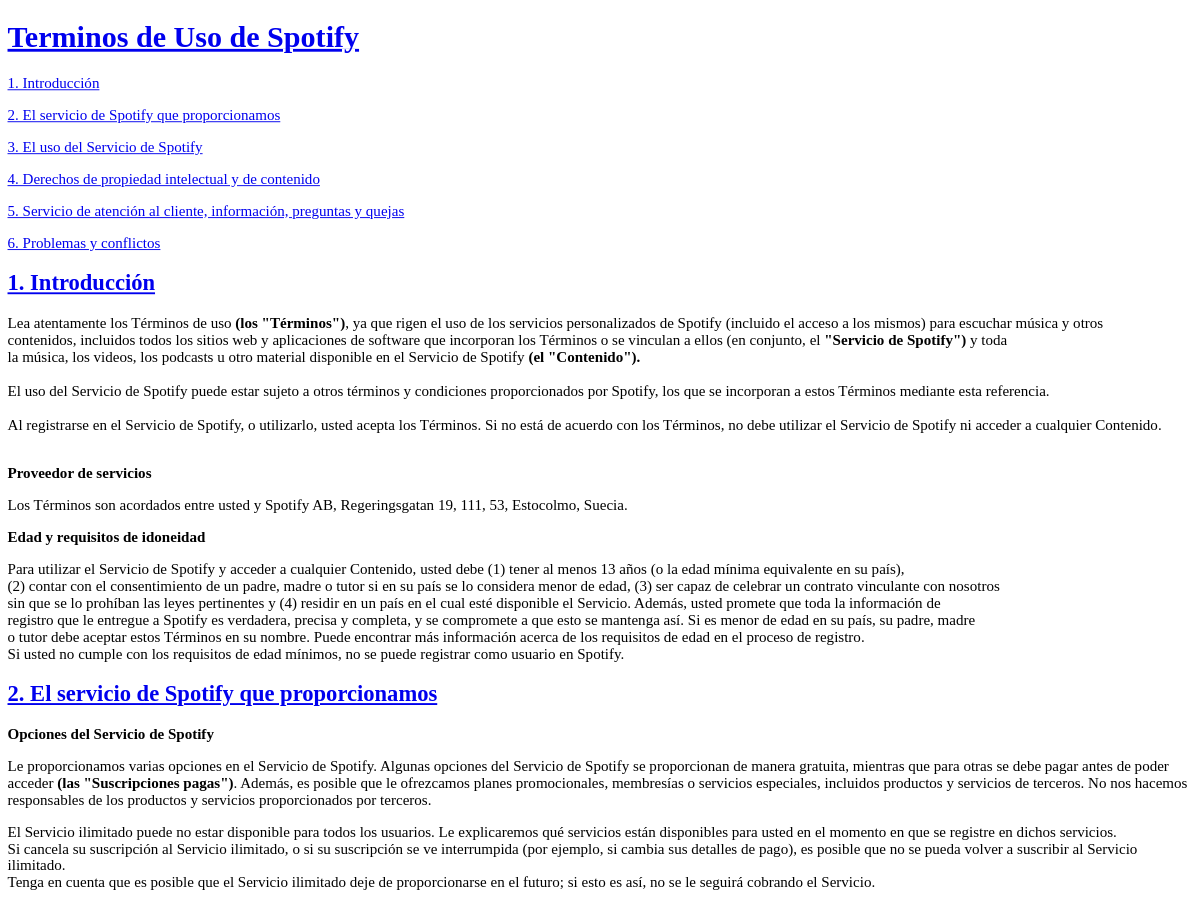
Repository: Devbenitez/Gen_30
Page: Gen_30/maquetado/index.html
An editor plug-in stored every save of this project. The page is shown before and after the next save, followed by the edit.
The browser window is 1280 px wide. The pictures show the whole page, at 94% of full size.

Above is the page before, as saved 2023-10-31 05:33:07.

### Gen_30/maquetado/index.html
<!DOCTYPE html>
<!-- especificamos el lenguage con el que trabaja nuestra pagina -->
<html lang="es">
  <head>
    <meta charset="UTF-8" />
    <meta name="description" content="Primera pagina del modulo de Maquetado" />
    <meta name="author" content="Daniel Benitez" />
    <title>Maquetado - clase 1</title>
  </head>
  <body>
    <!-- etiquetas contededores -->
    <!-- <div>asdasdasd</div>
    <section>dasdasdasd</section>
    <article>asdasd</article>
    <main>
-->
    <main>
      <!--  etiquetas de texto -->
      <h1>
        <a id= "Terminos de Uso de Spotify" href="#Terminos de Uso de Spotify"> Terminos de Uso de Spotify</a>
    </h1>

      <p>
        <a href="#1. Introducción">1. Introducción</a>
        </p>
      <p>
        <a href="#2. El servicio de Spotify que proporcionamos">2. El servicio de Spotify que proporcionamos</a>
        </p>
      <p>
        <a href="#3. El uso del Servicio de Spotify">3. El uso del Servicio de Spotify</a>
        </p>
      <p>
        <a href="#4. Derechos de propiedad intelectual y de contenido">4. Derechos de propiedad intelectual y de contenido</a>
        </p>
      <p>
        <a href="#5. Servicio de atención al cliente, información, preguntas y quejas">5. Servicio de atención al cliente, información, preguntas y quejas</a>
        </p>
      <p>
        <a href="#6. Problemas y conflictos">6. Problemas y conflictos</a>
        </p>

        <h2>
            <a id= "1. Introducción" href="#1. Introducción">1. Introducción</a>
        </h2>

        <!-- parrafos -->
      <p>
        Lea atentamente los Términos de uso <b>(los "Términos")</b>, ya que rigen el uso de los servicios personalizados de Spotify (incluido el acceso a los mismos) para escuchar música y otros <br />
         contenidos, incluidos todos los sitios web y aplicaciones de software que incorporan los Términos o se vinculan a ellos (en conjunto, el <b>"Servicio de Spotify")</b> y toda <br />
          la música, los videos, los podcasts u otro material disponible en el Servicio de Spotify <b>(el "Contenido").</b><br /><br />
          El uso del Servicio de Spotify puede estar sujeto a otros términos y condiciones proporcionados por Spotify, los que se incorporan a estos Términos mediante esta referencia.
          <br /><br />
          Al registrarse en el Servicio de Spotify, o utilizarlo, usted acepta los Términos. Si no está de acuerdo con los Términos, no debe utilizar el Servicio de Spotify ni acceder a cualquier Contenido.
          <br /><br />
      </p>
      <p><b>Proveedor de servicios</b></p>
      <p>Los Términos son acordados entre usted y Spotify AB, Regeringsgatan 19, 111, 53, Estocolmo, Suecia.</p>
      <p><b>Edad y requisitos de idoneidad</b></p>
      <p>
        Para utilizar el Servicio de Spotify y acceder a cualquier Contenido, usted debe (1) tener al menos 13 años (o la edad mínima equivalente en su país),<br />
        (2) contar con el consentimiento de un padre, madre o tutor si en su país se lo considera menor de edad, (3) ser capaz de celebrar un contrato vinculante con nosotros<br />
        sin que se lo prohíban las leyes pertinentes y (4) residir en un país en el cual esté disponible el Servicio. Además, usted promete que toda la información de<br />
        registro que le entregue a Spotify es verdadera, precisa y completa, y se compromete a que esto se mantenga así. Si es menor de edad en su país, su padre, madre<br />
        o tutor debe aceptar estos Términos en su nombre. Puede encontrar más información acerca de los requisitos de edad en el proceso de registro.<br />
        Si usted no cumple con los requisitos de edad mínimos, no se puede registrar como usuario en Spotify.
      </p>
      <h2>
        <a id= "2. El servicio de Spotify que proporcionamos" href="#2. El servicio de Spotify que proporcionamos">2. El servicio de Spotify que proporcionamos</a>
    </h2>
    <p><b>Opciones del Servicio de Spotify</b></p>
    <p>Le proporcionamos varias opciones en el Servicio de Spotify. Algunas opciones del Servicio de Spotify se proporcionan de manera gratuita, mientras que para otras se debe pagar antes de poder<br />
        acceder <b>(las "Suscripciones pagas")</b>. Además, es posible que le ofrezcamos planes promocionales, membresías o servicios especiales, incluidos productos y servicios de terceros. No nos hacemos responsables de los productos y servicios proporcionados por terceros.</p>

    <p>El Servicio ilimitado puede no estar disponible para todos los usuarios. Le explicaremos qué servicios están disponibles para usted en el momento en que se registre en dichos servicios.<br />
        Si cancela su suscripción al Servicio ilimitado, o si su suscripción se ve interrumpida (por ejemplo, si cambia sus detalles de pago), es posible que no se pueda volver a suscribir al Servicio ilimitado.<br />
        Tenga en cuenta que es posible que el Servicio ilimitado deje de proporcionarse en el futuro; si esto es así, no se le seguirá cobrando el Servicio.</p>


        </main>
  </body>
</html>

After the next save:
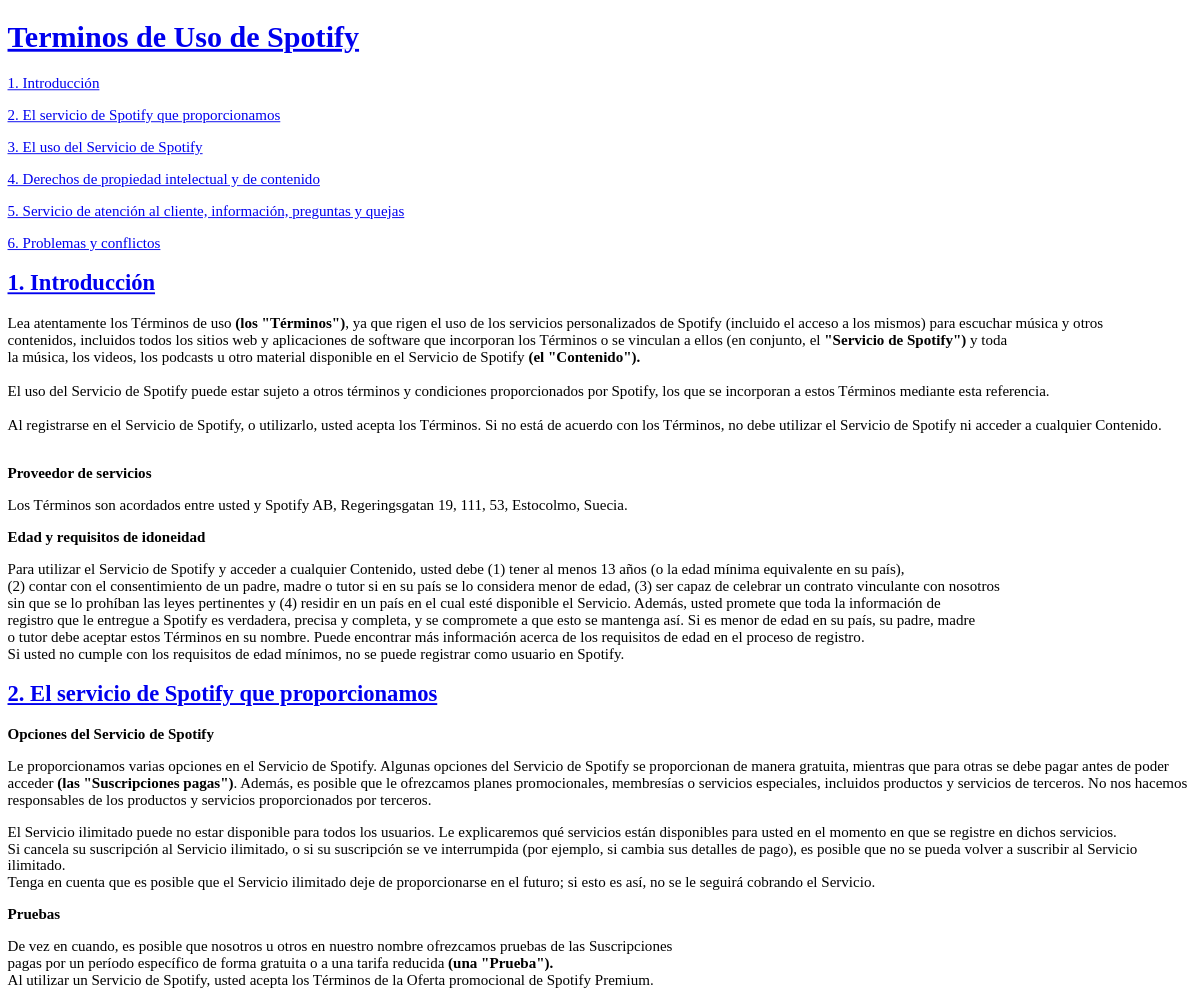
Saved 4 min 12 s later.
--- a/Gen_30/maquetado/index.html
+++ b/Gen_30/maquetado/index.html
@@ -74,7 +74,10 @@
     <p>El Servicio ilimitado puede no estar disponible para todos los usuarios. Le explicaremos qué servicios están disponibles para usted en el momento en que se registre en dichos servicios.<br />
         Si cancela su suscripción al Servicio ilimitado, o si su suscripción se ve interrumpida (por ejemplo, si cambia sus detalles de pago), es posible que no se pueda volver a suscribir al Servicio ilimitado.<br />
         Tenga en cuenta que es posible que el Servicio ilimitado deje de proporcionarse en el futuro; si esto es así, no se le seguirá cobrando el Servicio.</p>
-
+    <p><b>Pruebas</b></p>
+    <p>De vez en cuando, es posible que nosotros u otros en nuestro nombre ofrezcamos pruebas de las Suscripciones<br />
+        pagas por un período específico de forma gratuita o a una tarifa reducida <b>(una "Prueba").</b><br />
+        Al utilizar un Servicio de Spotify, usted acepta los Términos de la Oferta promocional de Spotify Premium.</p>
 
         </main>
   </body>
